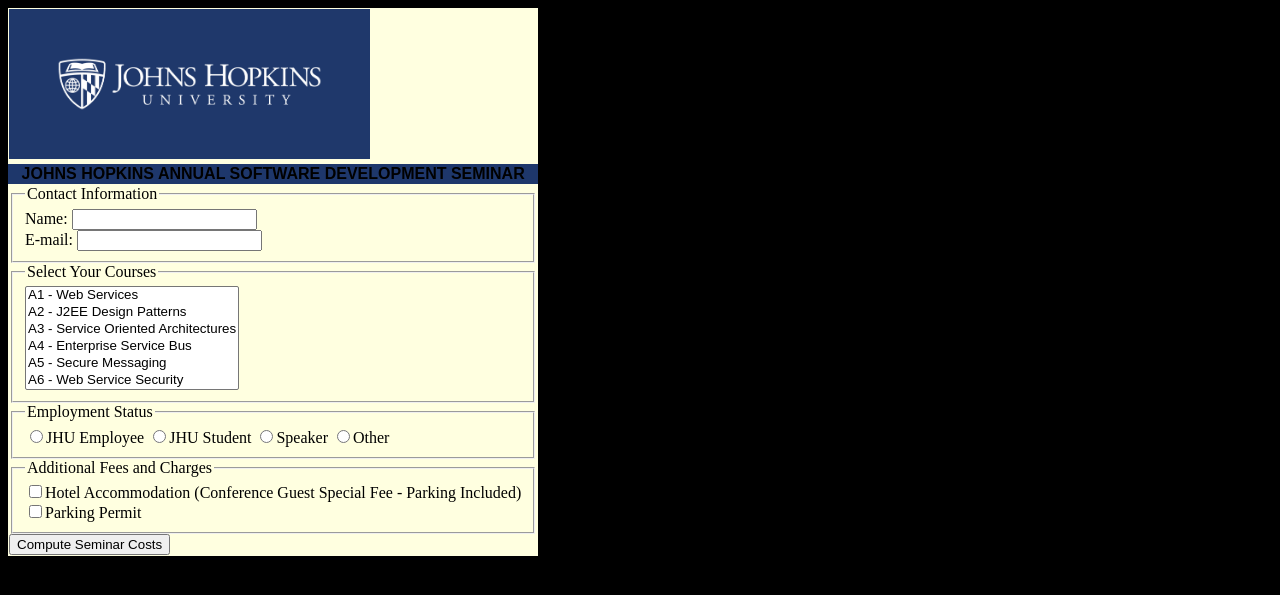
Repository: justinjwk/eclipse-workspace
Page: http://localhost/Homework2/
An editor plug-in stored every save of this project. The page is shown before and after the next save, followed by the edit.
The browser window is 1280 px wide. The pictures show the whole page.
The page is served by Tomcat 9.

Above is the page before, as saved 2019-06-12 03:16:49.

After the next save:
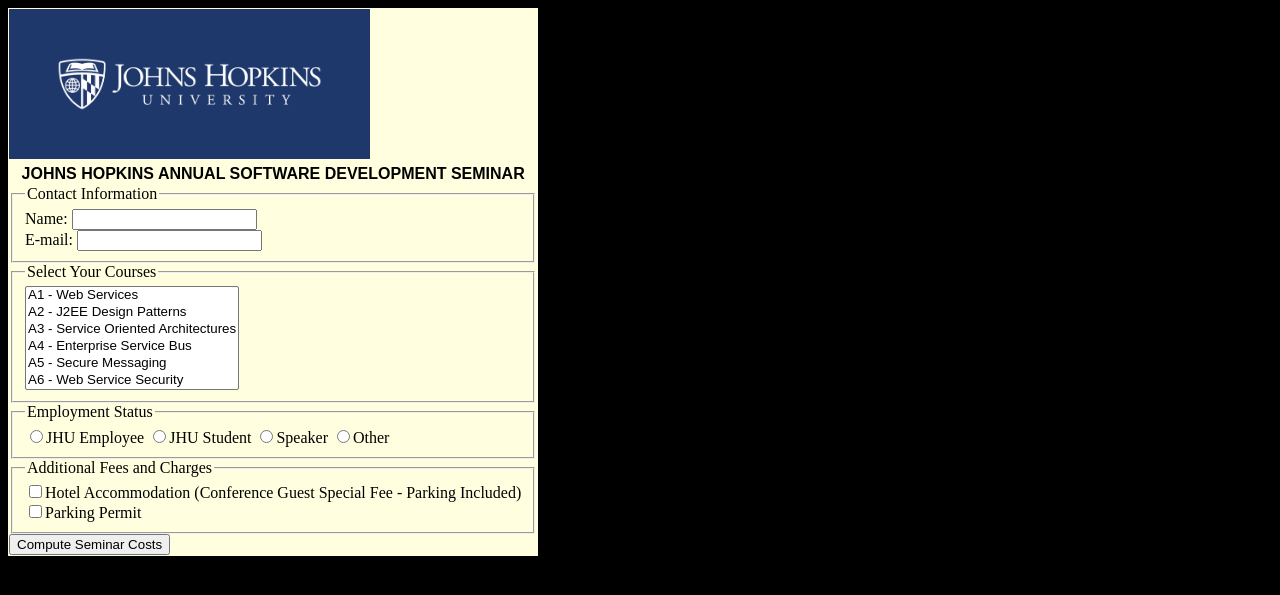
Saved 16 s later.
--- a/Homework2/WebContent/jkim342.css
+++ b/Homework2/WebContent/jkim342.css
@@ -13,11 +13,11 @@
 
 .tableImage {
 	text-algin: center;
-
+	ackground-color: #1e376b;
 }
 
 th {
 	text-algin: center;
 	font-family: Arial;
-	background-color: #1e376b;
+
 }
